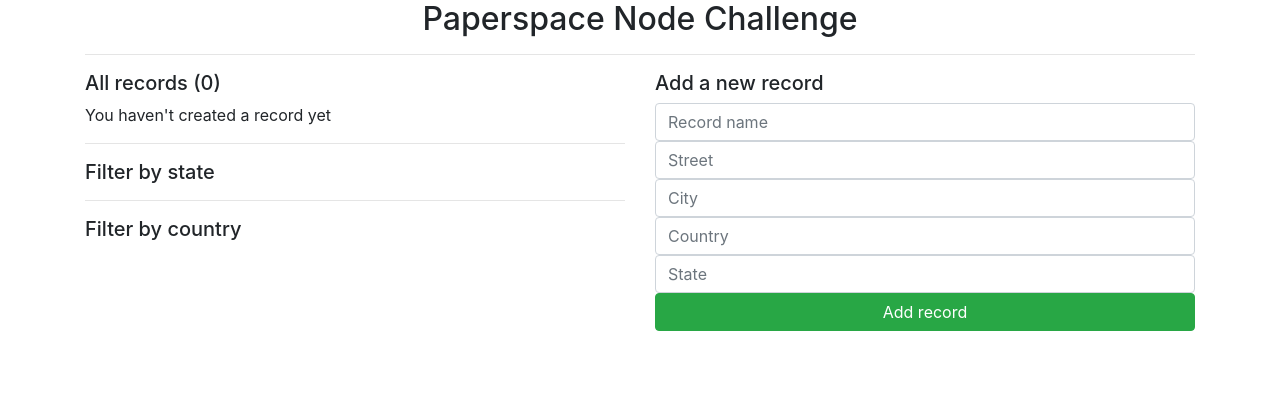
Repository: demesvardestin/paperspace-node
Page: views/index.pug
The author's editor kept a record of every edit. The page is drawn from the files as they stood at one moment, then again after the next edit.
The browser window is 1280 px wide. The pictures show the whole page.
The page is served by the project's Node server (server.js). The template is opened directly, without the code that normally fills it, so the values that code supplies are empty.

Above is the page before.

After the next edit:
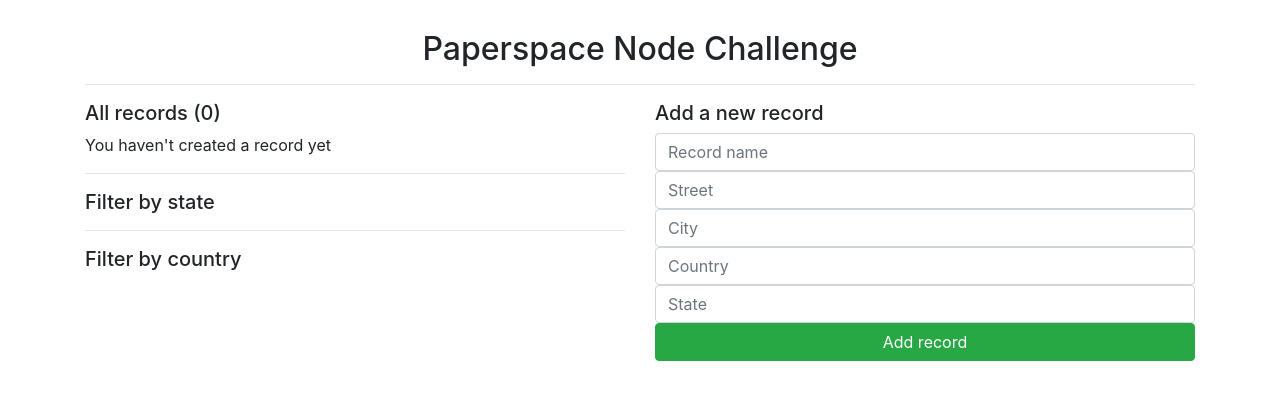
The edit:
--- a/views/stylesheet.pug
+++ b/views/stylesheet.pug
@@ -1,6 +1,10 @@
 style.
     html {
         text-align: center;
+    }
+
+    body {
+        padding: 30px 0;
     }
 
     .form-control {
